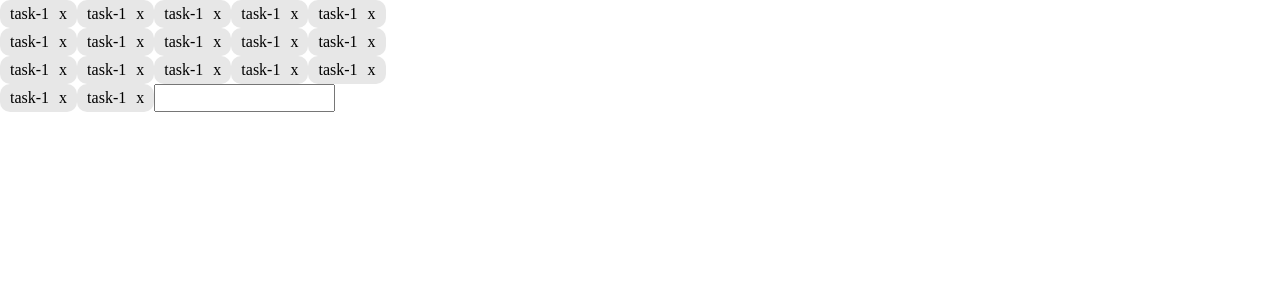
Repository: OkazakiTruong/selectOption
Page: /
These files come from the project's save history. The page is drawn as it stood at one moment and after the next save; the edit follows.
The browser window is 1280 px wide. The pictures show the whole page.
The project was rebuilt for these pictures with package versions that can differ from the ones it lists, and the page was loaded fresh each time. Also part of the build but not shown: vite.config.js.

Above is the page before, as saved 2024-01-17 20:56:46.

After the next save:
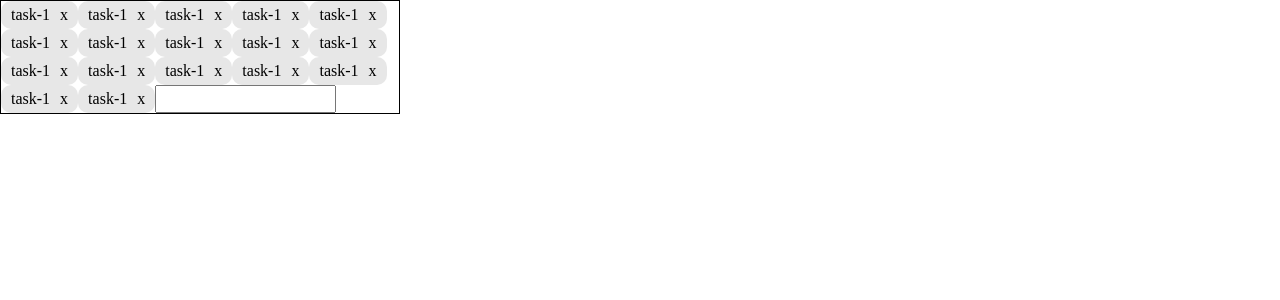
Saved 4 s later.
--- a/src/SelectBox/selectbox.css
+++ b/src/SelectBox/selectbox.css
@@ -2,7 +2,7 @@
   display: flex;
   flex-wrap: wrap;
   width: 400px;
-  border: 1px;
+  border: 1px solid black;
 }
 .select-item {
   padding: 5px 10px;
